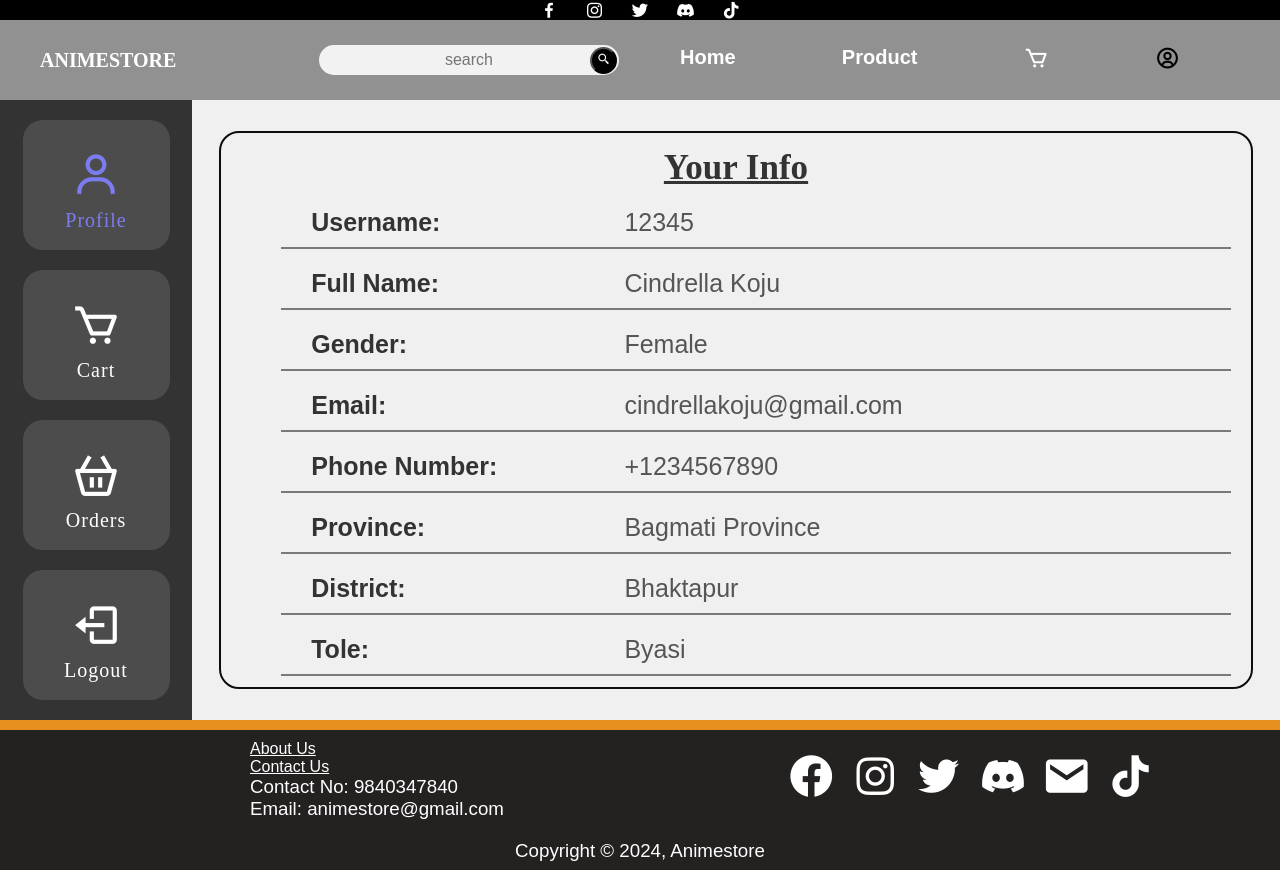
Repository: cindrellakoju/Animestore
Page: html css/withlogin/profile.html
The author's editor kept a copy of each file at every save. The page is drawn from the files as they stood at one save, then again after the next save.
The browser window is 1280 px wide. The pictures show the whole page.
An inner scrolling area shows only its first screen.

Above is the page before, as saved 2024-04-07 02:44:26.

After the next save:
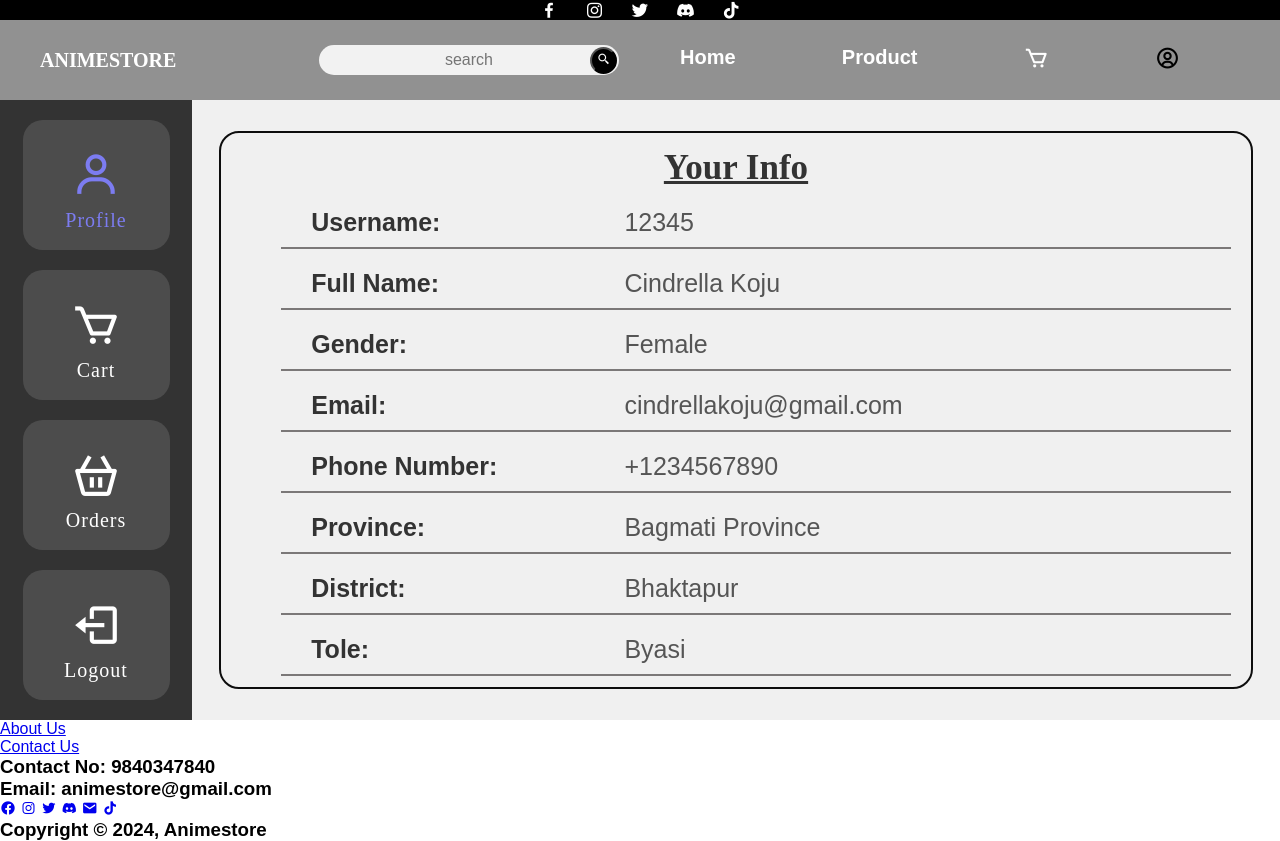
Saved 4 s later.
--- a/html css/withlogin/profile.css
+++ b/html css/withlogin/profile.css
@@ -264,86 +264,3 @@
     color: rgb(59, 59, 245);
     text-decoration: underline;
   }
-
-/* footer */
-.footer {
-  width: 100%;
-  height: 150px;
-  background-color: rgb(36, 33, 33);
-  border-top: 10px solid rgb(231, 144, 31);
-  display: flex;
-  flex-direction: column;
-}
-
-.footer .data {
-  display: flex;
-  flex-direction: row;
-}
-
-.footer .data .info {
-  height: 100px;
-  width: 40%;
-  /* background-color: rgb(36, 33, 33); */
-  margin-top: 10px;
-  margin-left: 250px;
-}
-
-.footer .data .info a {
-  color: white;
-}
-.footer .data .info a:hover{
-  color: rgb(74, 147, 216);
-}
-.footer .data .info h3 {
-  color: white;
-  font-weight: 200;
-}
-
-.footer .data .connect-us {
-  height: 100px;
-  width: 60%;
-  /* background-color: aquamarine; */
-  display: flex;
-  justify-content: space-around;
-  align-content: center;
-  align-items: center;
-  cursor: pointer;
-}
-
-.connect-us .icons {
-  font-size: 50px;
-}
-
-.connect-us .icons a {
-  color: white;
-}
-
-.connect-us .icons .facebook:hover {
-  color: rgb(81, 81, 154);
-}
-
-.connect-us .icons .instagram:hover {
-  color: rgb(81, 81, 154);
-}
-
-.connect-us .icons .twitter:hover {
-  color: rgb(81, 81, 154);
-}
-
-.connect-us .icons .discord:hover {
-  color: rgb(81, 81, 154);
-}
-
-.connect-us .icons .email:hover {
-  color: rgb(81, 81, 154);
-}
-
-.connect-us .icons .tiktok:hover {
-  color: rgb(81, 81, 154);
-}
-
-.footer .copyright h3 {
-  color: white;
-  text-align: center;
-  font-weight: 100;
-}
